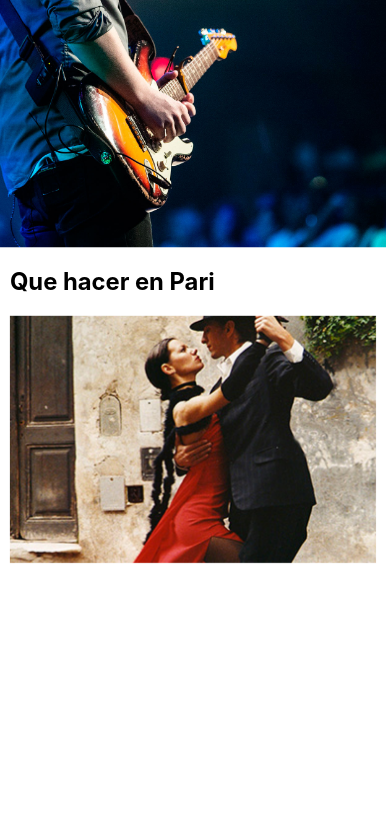
Repository: AleMicky/layout
Screen: /
An editor plug-in stored every save of this project. The screen is shown before and after the next save, followed by the edit.
The pictures are shown at 99% of full size.
The app was drawn by React Native's web renderer in a window 390 px wide. The project was rebuilt for these pictures with package versions that can differ from the ones it lists, and the page was loaded fresh each time.

Above is the screen before, as saved 2020-06-27 16:18:47.

After the next save:
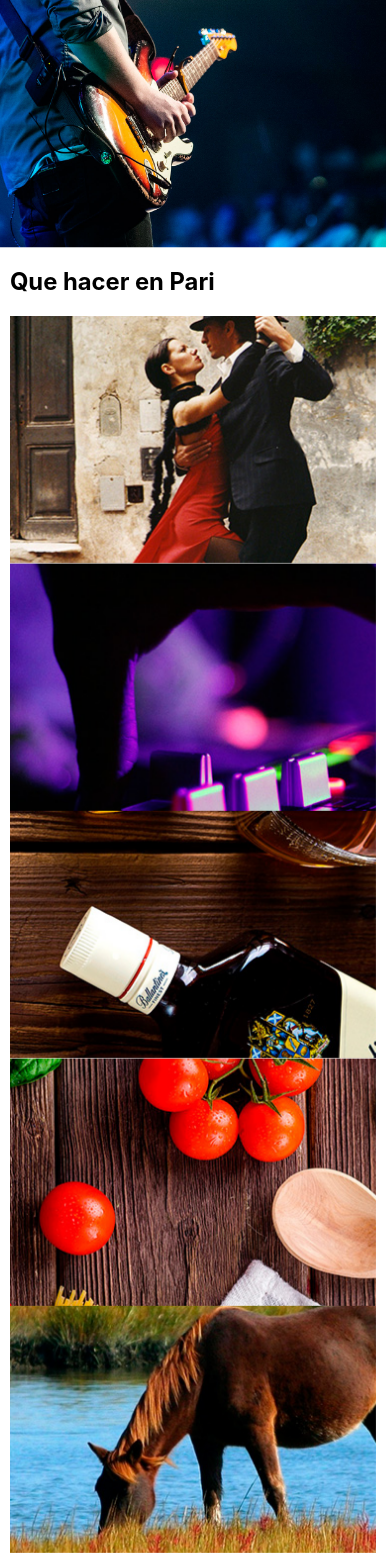
Saved 61 s later.
--- a/App.js
+++ b/App.js
@@ -13,8 +13,24 @@ const App = () => {
             <Text style={styles.titulo}>Que hacer en Pari</Text>
             <ScrollView>
                 <View>
-                <Image  style={styles.banner}
-                        source={require('./assets/img/actividad1.jpg')} />
+                  <Image  style={styles.banner}
+                          source={require('./assets/img/actividad1.jpg')} />
+                </View>
+                <View>
+                  <Image  style={styles.banner}
+                          source={require('./assets/img/actividad2.jpg')} />
+                </View>
+                <View>
+                  <Image  style={styles.banner}
+                          source={require('./assets/img/actividad3.jpg')} />
+                </View>
+                <View>
+                  <Image  style={styles.banner}
+                          source={require('./assets/img/actividad4.jpg')} />
+                </View>
+                <View>
+                  <Image  style={styles.banner}
+                          source={require('./assets/img/actividad5.jpg')} />
                 </View>
             </ScrollView>
         </View>

After the save that followed:
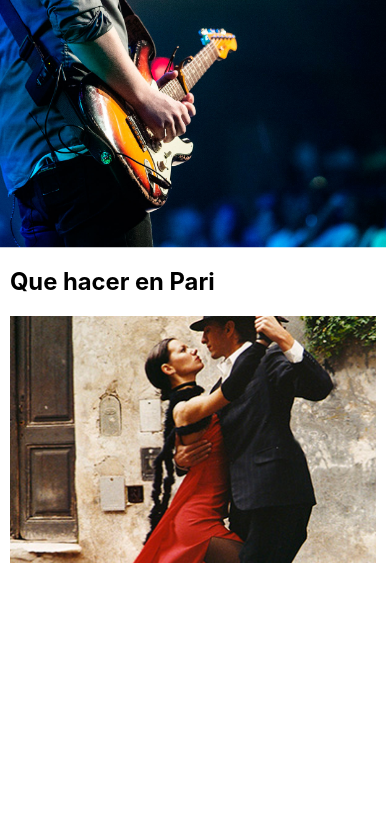
Saved 90 s later.
--- a/App.js
+++ b/App.js
@@ -11,7 +11,7 @@ const App = () => {
         </View>
         <View style={styles.contenedor}>
             <Text style={styles.titulo}>Que hacer en Pari</Text>
-            <ScrollView>
+            <ScrollView horizontal>
                 <View>
                   <Image  style={styles.banner}
                           source={require('./assets/img/actividad1.jpg')} />
